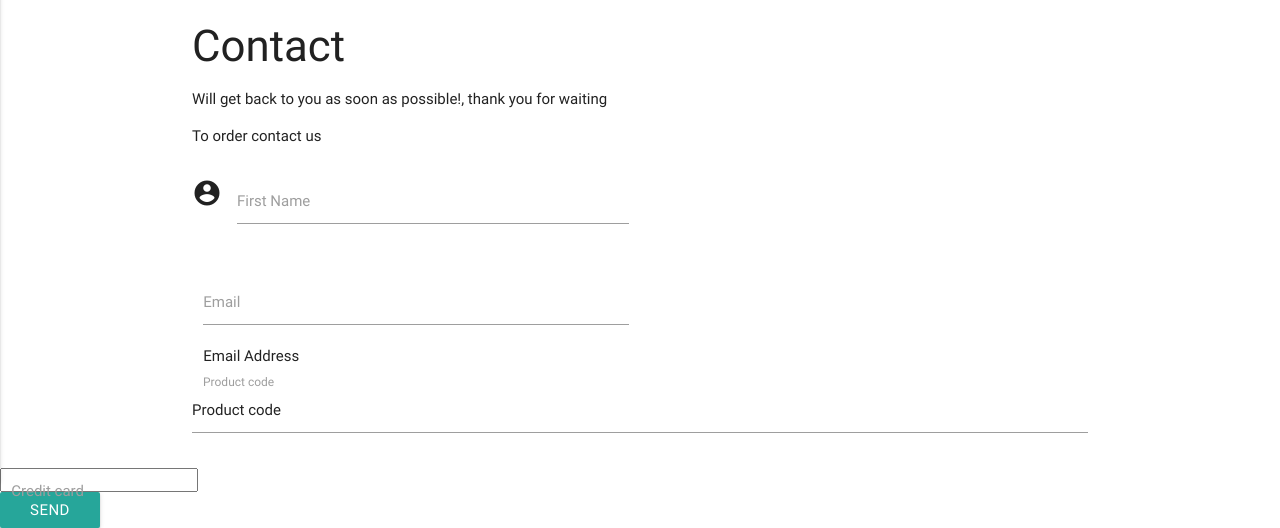
Repository: eazeldon/project-recipes-online-3
Page: http://localhost/contact
The author's editor kept a record of every edit. The page is drawn from the files as they stood at one moment, then again after the next edit.
The browser window is 1280 px wide. The pictures show the part of the page from y = 298 to 826 px (the page is 826 px tall before and 804 px after).
Some web libraries are served in a nearby version. The page is served by the project's application, run on Flask 3 (app.py).

Above is the page before.

### templates/contact.html
{% extends 'base.html' %} {% block content %}
<h3>Contact</h3>

        <p>Will get back to you as soon as possible!, thank you for waiting</p>
        <p>To order contact us</p>

 <div class="row">
    <form class="col s12">
      <div class="row">
        <div class="input-field col s6">
          <i class="material-icons prefix">account_circle</i>
          <input id="icon_prefix" type="text" class="validate">
          <label for="icon_prefix">First Name</label>
        </div>
        </div>
<!---------
        <div class="input-field col s6">
          <i class="material-icons prefix">phone</i>
          <input id="icon_telephone" type="tel" class="validate">
          <label for="icon_telephone">Telephone</label>
        </div>
--------->



       <div class="input-field col s6">
          <input id="email" type="email" class="validate">
          <label for="email">Email</label>
          <span class="helper-text" data-error="wrong" data-success="right">Email Address</span>
        </div>
      </div>
     <div class="input-field col s6">
      <input value="Product code" id="product_code2" type="text" class="validate">
      <label class="active" for="product_code2">Product code</label>
    </div>
  </div>
  <div class="input-field col s6">
          <input id="credit" type="credit" class="validate">
          <label for="credit">Credit card</label>
          </div>
   </form>
</div>
<button type="submit" class="btn btn-secondary center-block">Send</button>
















<!--------------
<div class="row">
    <form class="col s12">
      <div class="row">
        <div class="input-field col s6">
          <i class="material-icons prefix">account_circle</i>
          <input id="icon_prefix" type="text" class="validate">
          <label for="icon_prefix">First Name</label>

          <div class="input-field col s12">
          <i class="material-icons prefix">phone</i>
          <input id="icon_telephone" type="tel" class="validate">
          <label for="icon_telephone">Telephone</label>
        </div>
       </div>
    </form>
  </div>
</div>
 <div class="row">
    <form class="col s12">
      <div class="row">
        <div class="input-field col s6">
          <input id="email" type="email" class="validate">
          <label for="email">Email</label>
          <span class="helper-text" data-error="wrong" data-success="right">Email Address</span>
        </div>
      </div>
    </form>
  </div>
 <div class="row">
    <form class="col s12">
      <div class="row"><div class="input-field col s6">
          <textarea id="icon_prefix2" class="materialize-textarea"></textarea>
          <label for="icon_prefix2">Product code</label>
          <i class="material-icons prefix2">card_travel</i>

             <input type="credit" name="credit">Credit card
            <label for="icon_prefix2">Cride card</label>
           <textarea id="icon_prefix2" class="materialize-textarea"></textarea>
        </div>
      </div>
      <button type="submit" class="btn btn-secondary center-block">Send</button>
    </form>
  </div>

<!-------------
<div class="row">
    <a href="{{url_for('contact')}}" class="waves-effect waves-light btn">
     <i class="material-icons right">SEND</i>
    </a>
</div>

---------->


{% endblock %}

### templates/base.html
<!DOCTYPE html>
<html lang="en">
<head>
    <meta charset="UTF-8">
    <meta name="viewport" content="width=device-width, initial-scale=1.0">
    <meta http-equiv="X-UA-Compatible" content="ie=edge">
    <title>Recipes-online-cookbook-project-3</title>


    <link href="https://fonts.googleapis.com/icon?family=Material+Icons" rel="stylesheet">
    <link rel="stylesheet" href="https://cdnjs.cloudflare.com/ajax/libs/materialize/0.100.2/css/materialize.min.css" type="text/css" />
    <link rel="stylesheet" href="{{url_for('static', filename='css/style.css')}}" type="text/css" />

</head>
<body>
<header>
        <nav>
            <div class="nav-wrapper">
                <a href="{{url_for('get_tasks')}}" class="brand-logo">Sugar Factory</a>
                <a href="#" data-activates="mobile-demo" class="button-collapse"><i class="material-icons">menu</i></a>
                <ul id="nav-mobile" class="right hide-on-med-and-down">

                    <li><a href="{{url_for('get_tasks')}}">Home</a></li>
                      <li><a href="{{url_for('recipes')}}">Recipes</a></li>
                    <li><a href="{{url_for('contact')}}">Contact</a></li>
                     <li><a href="{{url_for('products')}}">Products</a></li>
                     <li><a href="{{url_for('statistic')}}">Statistic</a></li>
                     <li><a href="{{url_for('get_categories')}}">Post</a></li>

                </ul>
                <ul class="side-nav" id="mobile-demo">


                     <li><a href="{{url_for('home')}}">Home</a></li>
                      <li><a href="{{url_for('recipes')}}">Recipes</a></li>
                     <li><a href="{{url_for('contact')}}">Contact</a></li>
                     <li><a href="{{url_for('products')}}">Products</a></li>
                      <li><a href="{{url_for('statistic')}}">Statistic</a></li>
                     <li><a href="{{url_for('get_categories')}}">Post</a></li>

                </ul>
            </div>
        </nav>

    <div class="row">
    <div class="col s12" style="background-image: url('https://www.bakedblooms.com/wp-content/uploads/2018/09/7F10A2AD-087F-4D1A-B7CD-E37C59668E2B-1200x550.jpeg')">

    <div class="opaque-overlay">&nbsp;</div>


      <div class="row">
        <div class="col s12">
          <div class="my_class" center-align>

           <h1>Sugar Factory from the maker</h1>

           <div class="my_class center-align"><h3>of recipes online</h3></span>
             </div>
           </div>
        </div>
        </div>
      </div>
    </div>







    </header>



    <div class="container">
        {% block content %} {% endblock %}
    </div>


    <script src="https://cdnjs.cloudflare.com/ajax/libs/jquery/3.2.1/jquery.min.js"></script>
    <script src="https://cdnjs.cloudflare.com/ajax/libs/materialize/0.100.2/js/materialize.min.js"></script>
    <script type="text/javascript">
        $(document).ready(function() {
            $('.collapsible').collapsible();
            $('select').material_select();
            $(".button-collapse").sideNav();
        })
    </script>



</body>
</html>

### app.py
import os
from flask import Flask, render_template, redirect, request, url_for
from flask_pymongo import PyMongo
from bson.objectid import ObjectId

app = Flask(__name__)
app.config["MONGO_DBNAME"] = 'recipes_book'
app.config["MONGO_URI"] = 'mongodb+srv://cakes:CakeSusr@myfirstcluster-ctiu9.mongodb.net/task_manager?retryWrites=true&w=majority'


mongo = PyMongo(app)



@app.route('/')
@app.route('/get_tasks')
def get_tasks():
    return render_template("tasks.html",  tasks=mongo.db.tasks.find())

@app.route('/add_task')
def add_task():
   return render_template('addtask.html', categories=mongo.db.categories.find())

@app.route('/home')
def home():
    return render_template("home.html")



@app.route('/recipes')
def recipes():
    return render_template("recipes.html")










@app.route('/contact')
def contact():


    return render_template("contact.html")







@app.route('/products')
def products():
    return render_template("products.html")



@app.route('/statistic')
def statistic():
    return render_template("statistic.html")





@app.route('/get_categories')
def get_categories():
    return render_template('categories.html',
                           categories=mongo.db.categories.find())

@app.route('/delete_category/<category_id>')
def delete_category(category_id):
   mongo.db.categories.remove({'_id': ObjectId(category_id)})
   return redirect(url_for('get_categories'))


@app.route('/edit_category/<category_id>')
def edit_category(category_id):
    return render_template('editcategory.html',
    category=mongo.db.categories.find_one({'_id': ObjectId(category_id)}))


@app.route('/update_category/<category_id>', methods=['POST'])
def update_category(category_id):
    mongo.db.categories.update(
        {'_id': ObjectId(category_id)},
        {'category_name': request.form.get('category_name')})
    return redirect(url_for('get_categories'))


@app.route('/insert_category', methods=['POST'])
def insert_category():
    category_doc = {'category_name': request.form.get('category_name')}
    mongo.db.categories.insert_one(category_doc)
    return redirect(url_for('get_categories'))


@app.route('/add_categories')
def add_category():
    return render_template('addcategories.html')

if __name__ == '__main__':
    app.run(host=os.environ.get('IP'),
            port=int(os.environ.get('PORT')),
            debug=True)

### static/css/style.css
.my_class {
    color:white;
}
.btn_small {
    height: 24px;
    width: 60px;
    line-height: 24px;
    margin: 5px 5px;
    padding: 0 0.5em;
}

After the next edit:
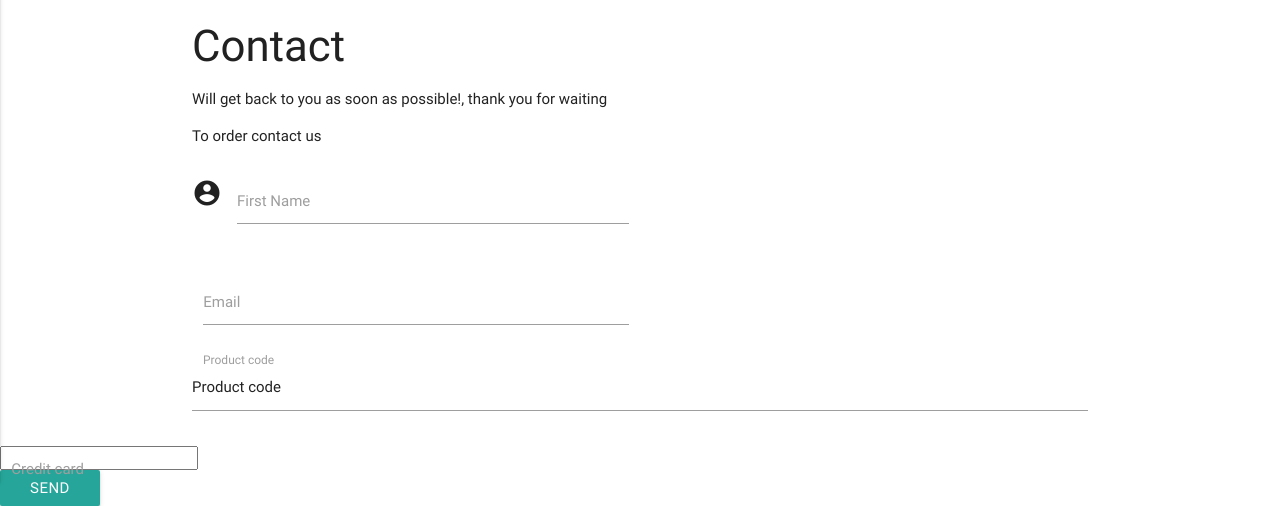
The edit:
--- a/templates/contact.html
+++ b/templates/contact.html
@@ -26,7 +26,7 @@
        <div class="input-field col s6">
           <input id="email" type="email" class="validate">
           <label for="email">Email</label>
-          <span class="helper-text" data-error="wrong" data-success="right">Email Address</span>
+          <span class="helper-text" data-error="wrong" data-success="right"></span>
         </div>
       </div>
      <div class="input-field col s6">
